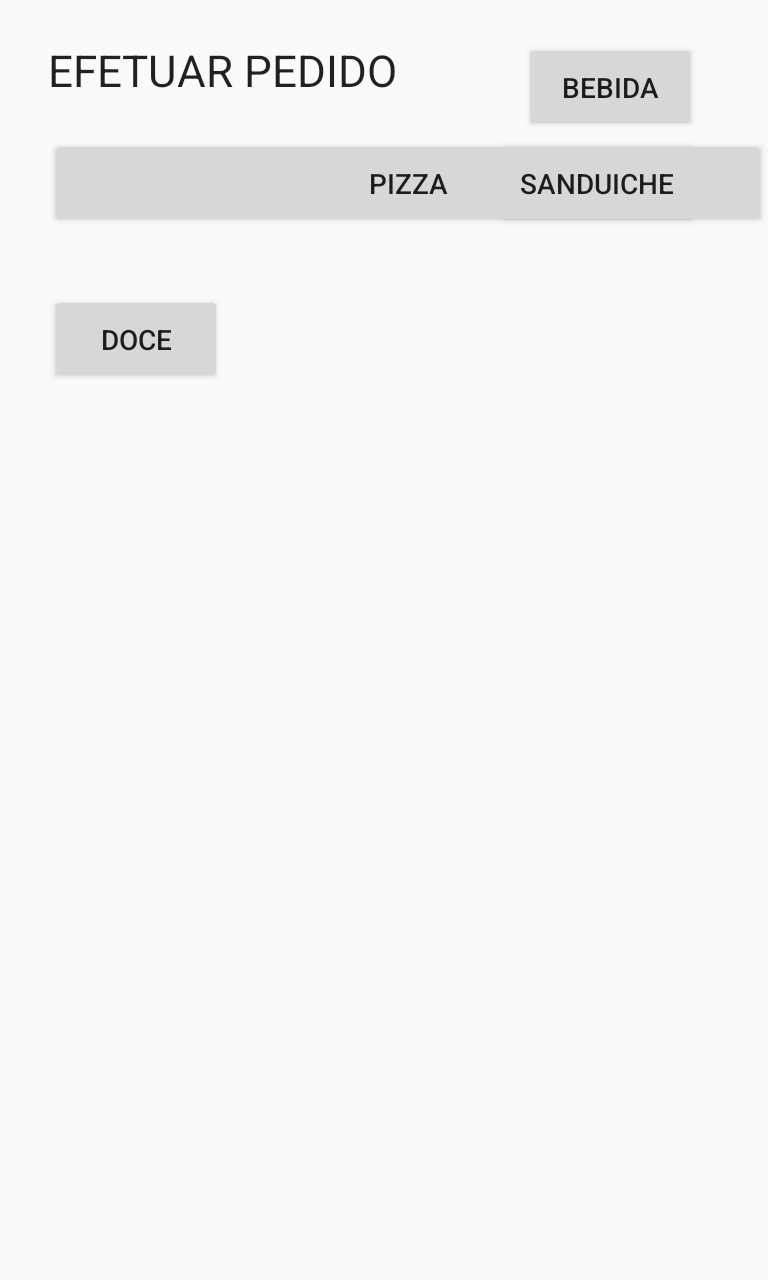
Repository: LucasSampaio/SysPizza-PSI
Layout: CodigoFonte/MOBILE/SysPizza/res/layout/activity_efetuar_pedido.xml
An editor plug-in stored every save of this project. The layout is shown before and after the next save, followed by the edit.
It is drawn on a 768 x 1280 px phone screen (xhdpi) without system bars, with theme AppTheme; the app's code is not run.

Above is the layout before, as saved 2014-09-25 12:48:27.

### CodigoFonte/MOBILE/SysPizza/res/layout/activity_efetuar_pedido.xml
<?xml version="1.0" encoding="utf-8"?>
<RelativeLayout xmlns:android="http://schemas.android.com/apk/res/android"
    android:layout_width="match_parent"
    android:layout_height="match_parent"
    android:orientation="vertical" >

    <TextView
        android:id="@+id/textView1"
        android:layout_width="wrap_content"
        android:layout_height="wrap_content"
        android:layout_alignParentLeft="true"
        android:layout_alignParentTop="true"
        android:layout_marginLeft="24dp"
        android:layout_marginTop="20dp"
        android:text="EFETUAR PEDIDO"
        android:textAppearance="?android:attr/textAppearanceLarge" />

    <Button
        android:id="@+id/button1"
        android:layout_width="match_parent"
        android:layout_height="wrap_content"
        android:layout_alignLeft="@+id/textView1"
        android:layout_below="@+id/textView1"
        android:layout_marginTop="18dp"
        android:text="Pizza" />

    <Button
        android:id="@+id/Button02"
        android:layout_width="wrap_content"
        android:layout_height="wrap_content"
        android:layout_alignLeft="@+id/button1"
        android:layout_below="@+id/button1"
        android:layout_marginTop="30dp"
        android:text="Doce" />

    <Button
        android:id="@+id/Button03"
        android:layout_width="wrap_content"
        android:layout_height="wrap_content"
        android:layout_above="@+id/Button02"
        android:layout_alignParentRight="true"
        android:layout_marginRight="35dp"
        android:text="Sanduiche" />

    <Button
        android:id="@+id/Button01"
        android:layout_width="wrap_content"
        android:layout_height="wrap_content"
        android:layout_above="@+id/Button03"
        android:layout_alignParentRight="true"
        android:layout_marginRight="35dp"
        android:text="Bebida" />

</RelativeLayout>

Loaded but not shown: CodigoFonte/MOBILE/SysPizza/res/values/styles.xml (common file); CodigoFonte/MOBILE/SysPizza/res/values-v11/styles.xml (common file); CodigoFonte/MOBILE/SysPizza/res/values-v14/styles.xml (common file)

After the next save:
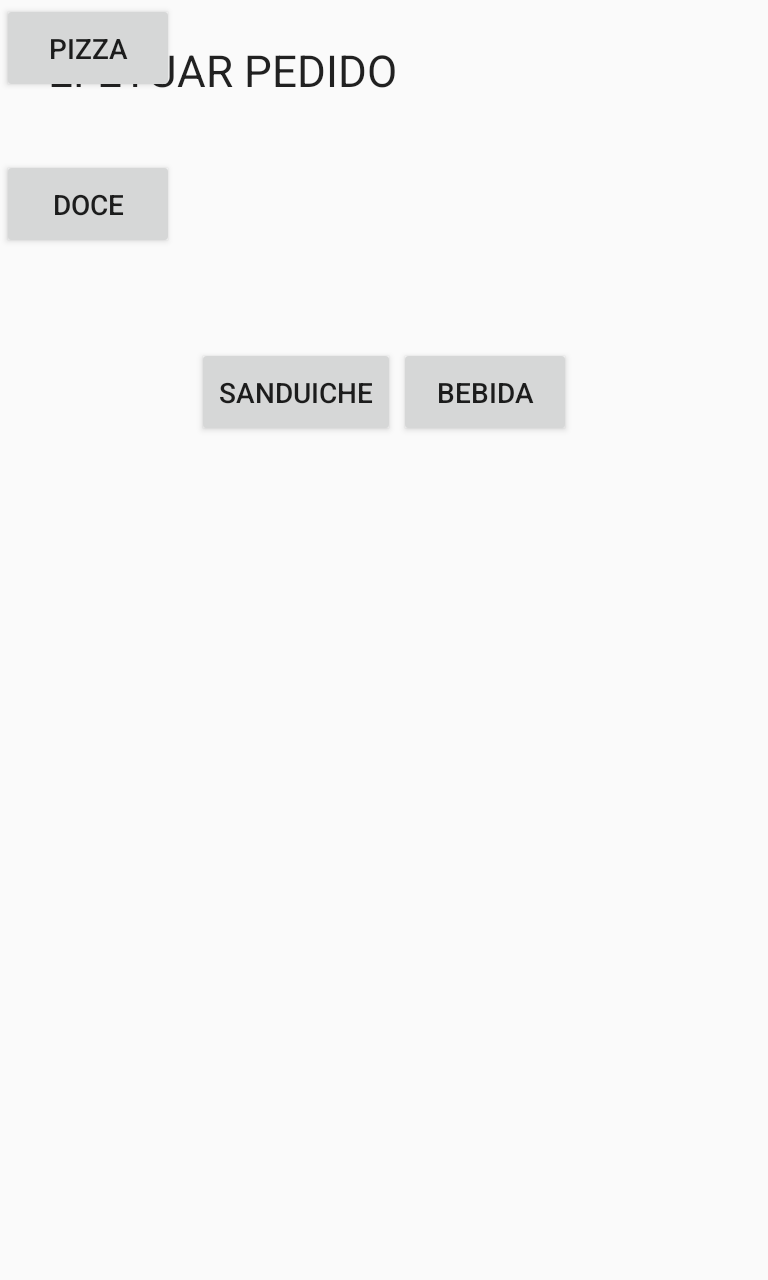
Saved 30 s later.
--- a/CodigoFonte/MOBILE/SysPizza/res/layout/activity_efetuar_pedido.xml
+++ b/CodigoFonte/MOBILE/SysPizza/res/layout/activity_efetuar_pedido.xml
@@ -17,11 +17,8 @@
 
     <Button
         android:id="@+id/button1"
-        android:layout_width="match_parent"
+        android:layout_width="wrap_content"
         android:layout_height="wrap_content"
-        android:layout_alignLeft="@+id/textView1"
-        android:layout_below="@+id/textView1"
-        android:layout_marginTop="18dp"
         android:text="Pizza" />
 
     <Button
@@ -34,21 +31,21 @@
         android:text="Doce" />
 
     <Button
+        android:id="@+id/Button01"
+        android:layout_width="wrap_content"
+        android:layout_height="wrap_content"
+        android:layout_alignBaseline="@+id/Button03"
+        android:layout_alignBottom="@+id/Button03"
+        android:layout_toRightOf="@+id/textView1"
+        android:text="Bebida" />
+
+    <Button
         android:id="@+id/Button03"
         android:layout_width="wrap_content"
         android:layout_height="wrap_content"
-        android:layout_above="@+id/Button02"
-        android:layout_alignParentRight="true"
-        android:layout_marginRight="35dp"
+        android:layout_below="@+id/Button02"
+        android:layout_marginTop="46dp"
+        android:layout_toLeftOf="@+id/Button01"
         android:text="Sanduiche" />
 
-    <Button
-        android:id="@+id/Button01"
-        android:layout_width="wrap_content"
-        android:layout_height="wrap_content"
-        android:layout_above="@+id/Button03"
-        android:layout_alignParentRight="true"
-        android:layout_marginRight="35dp"
-        android:text="Bebida" />
-
 </RelativeLayout>
